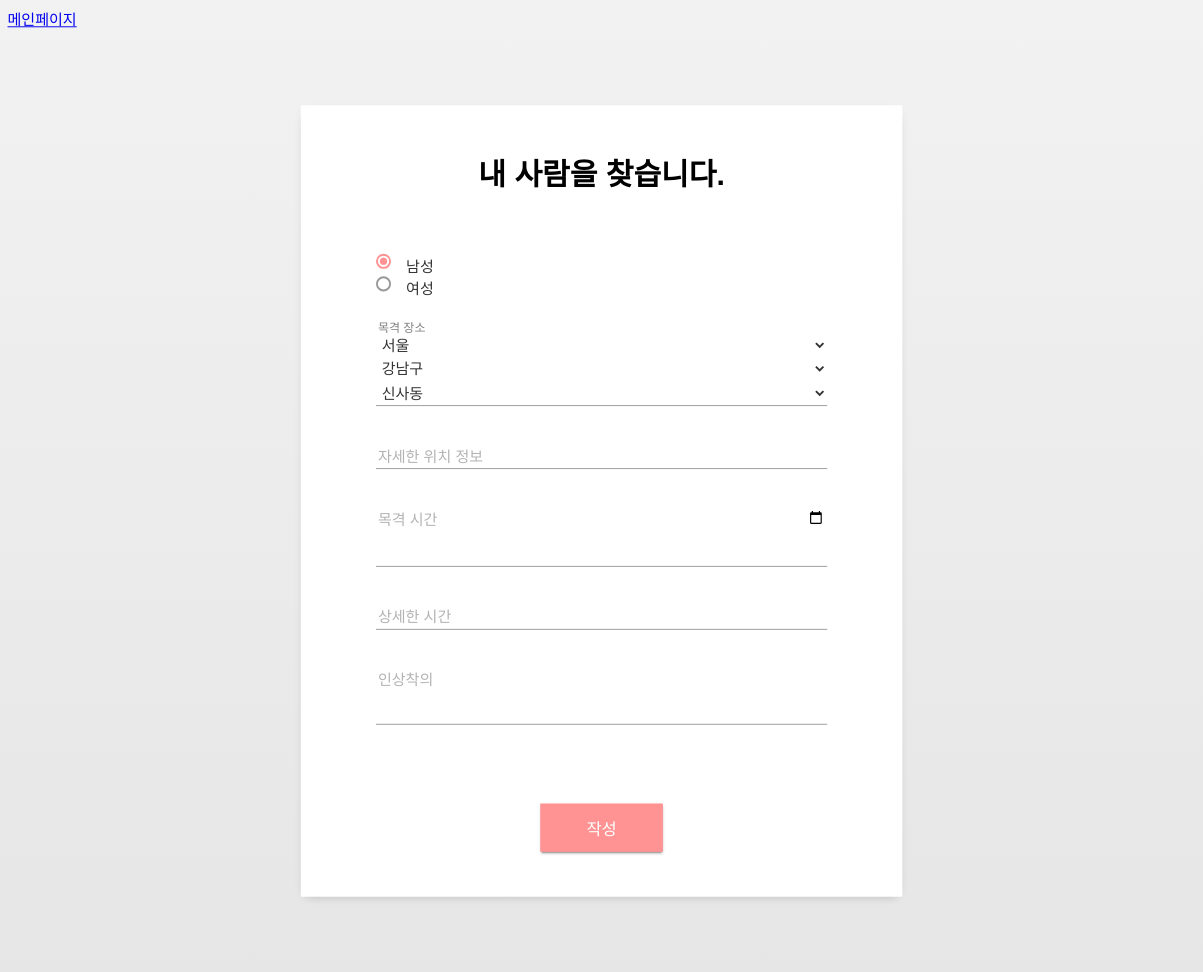
Repository: loone96/sendmylove
Page: http://localhost/sendMyLove1.0/board.html
These files come from the project's save history. The page is drawn as it stood at one moment and after the next save; the edit follows.
The browser window is 1280 px wide. The pictures show the whole page, at 94% of full size.
Some web fonts or font styles are not loaded; a fallback is used. The page is served by Tomcat 9. Other server files are loaded and not shown.

Above is the page before, as saved 2020-06-23 06:48:22.

### sendMyLove1.0/src/main/webapp/board.html
<!DOCTYPE html>
<html lang="en">

<head>
<meta charset="UTF-8">
<meta name="viewport" content="width=device-width, initial-scale=1.0">
<title>Document</title>
<link rel="stylesheet" href="css/board.css">
<link rel="stylesheet"
	href="https://cdnjs.cloudflare.com/ajax/libs/font-awesome/4.7.0/css/font-awesome.css" />
</head>

<body>
	<a href="index.html" class="button1"> 메인페이지</a>
	<div class="container">
		<form action="insertBoard" method="POST">
			<h1>내 사람을 찾습니다.</h1>
			<div class="form-radio">
				<div class="radio">
					<label> <input type="radio" name="gender" value="남성"
						checked="checked" /><i class="helper"></i>남성
					</label> <label> <input type="radio" name="gender" value="여성" /><i
						class="helper"></i>여성
					</label>
				</div>
			</div>


			<div class="form-group">

				<select name="sido" id="sido">
					<option value="">-시도-</option>
				</select> <select name="gugun" id="gugun">
					<option value="">-구군-</option>
				</select> <select name="dong" id="dong">
					<option value="">-동-</option>
				</select> <label for="select" class="control-label">목격 장소</label><i
					class="bar"></i>
			</div>


			<div class="form-group">
				<input type="text" name="loc" required="required" /> <label
					for="input" class="control-label">자세한 위치 정보</label><i class="bar"></i>
			</div>

			<div class="form-group">
				<input name="date" class="form-group" type="date" placeholder="Date"
					required name="date" value="2020-01-01T00:00"> <label
					for="input" class="control-label">목격 시간</label><i class="bar"></i>
			</div>

			<div class="form-group">
				<input name="detailtime" type="text" required="required" /> <label
					for="input" class="control-label">상세한 시간</label><i class="bar"></i>
			</div>


			<div class="form-group">
				<textarea required="required" name="detail"></textarea>
				<label for="textarea" class="control-label">인상착의</label><i
					class="bar"></i>
			</div>
			<div class="button-container">
				<input type="submit" class="button" value="작성">
			</div>
		</form>
	</div>

</body>
<script src="js/sojaeji.js"></script>

<script>
	sojaeji('서울', '강남구', '신사동');
</script>

</html>

### sendMyLove1.0/src/main/webapp/css/board.css
@font-face { font-family: 'Cafe24Oneprettynight'; src: url('https://cdn.jsdelivr.net/gh/projectnoonnu/noonfonts_twelve@1.1/Cafe24Oneprettynight.woff') format('woff'); font-weight: normal; font-style: normal; }
@import url(https://fonts.googleapis.com/css?family=Roboto);
body,
input,
select,
textarea,
body * {
  font-family: 'Cafe24Oneprettynight', sans-serif;
  box-sizing: border-box;
}
body::after, body::before,
input::after,
input::before,
select::after,
select::before,
textarea::after,
textarea::before,
body *::after,
body *::before {
  box-sizing: border-box;
}

body {
  background-image: -webkit-linear-gradient(top, #f2f2f2, #e6e6e6);
  background-image: linear-gradient(top, #f2f2f2, #e6e6e6);
}

h1 {
  font-size: 2rem;
  text-align: center;
  margin: 0 0 2em;
}

.container {
  position: relative;
  max-width: 40rem;
  margin: 5rem auto;
  background: #fff;
  width: 100%;
  padding: 3rem 5rem 0;
  border-radius: 1px;
}
.container::before {
  content: '';
  position: absolute;
  top: 0;
  left: 0;
  right: 0;
  bottom: 0;
  box-shadow: 0 8px 10px 1px rgba(0, 0, 0, 0.14), 0 3px 14px 2px rgba(0, 0, 0, 0.12), 0 5px 5px -3px rgba(0, 0, 0, 0.2);
  -webkit-transform: scale(0.98);
          transform: scale(0.98);
  -webkit-transition: -webkit-transform 0.28s ease-in-out;
  transition: -webkit-transform 0.28s ease-in-out;
  transition: transform 0.28s ease-in-out;
  transition: transform 0.28s ease-in-out, -webkit-transform 0.28s ease-in-out;
  z-index: -1;
}
.container:hover::before {
  -webkit-transform: scale(1);
          transform: scale(1);
}

.button-container {
  text-align: center;
}

fieldset {
  margin: 0 0 3rem;
  padding: 0;
  border: none;
}

.form-radio,
.form-group {
  position: relative;
  margin-top: 2.25rem;
  margin-bottom: 2.25rem;
}

.form-inline > .form-group,
.form-inline > .btn {
  display: inline-block;
  margin-bottom: 0;
}

.form-help {
  margin-top: 0.125rem;
  margin-left: 0.125rem;
  color: #b3b3b3;
  font-size: 0.8rem;
}
.checkbox .form-help, .form-radio .form-help, .form-group .form-help {
  position: absolute;
  width: 100%;
}
.checkbox .form-help {
  position: relative;
  margin-bottom: 1rem;
}
.form-radio .form-help {
  padding-top: 0.25rem;
  margin-top: -1rem;
}

.form-group input {
  height: 1.9rem;
}
.form-group textarea {
  resize: none;
}
.form-group select {
  width: 100%;
  font-size: 1rem;
  height: 1.6rem;
  padding: 0.125rem 0.125rem 0.0625rem;
  background: none;
  border: none;
  line-height: 1.6;
  box-shadow: none;
}
.form-group .control-label {
  position: absolute;
  top: 0.25rem;
  pointer-events: none;
  padding-left: 0.125rem;
  z-index: 1;
  color: #b3b3b3;
  font-size: 1rem;
  font-weight: normal;
  -webkit-transition: all 0.28s ease;
  transition: all 0.28s ease;
}
.form-group .bar {
  position: relative;
  border-bottom: 0.0625rem solid #999;
  display: block;
}
.form-group .bar::before {
  content: '';
  height: 0.125rem;
  width: 0;
  left: 50%;
  bottom: -0.0625rem;
  position: absolute;
  background: #ff9292;
  -webkit-transition: left 0.28s ease, width 0.28s ease;
  transition: left 0.28s ease, width 0.28s ease;
  z-index: 2;
}
.form-group input,
.form-group textarea {
  display: block;
  background: none;
  padding: 0.125rem 0.125rem 0.0625rem;
  font-size: 1rem;
  border-width: 0;
  border-color: transparent;
  line-height: 1.9;
  width: 100%;
  color: transparent;
  -webkit-transition: all 0.28s ease;
  transition: all 0.28s ease;
  box-shadow: none;
}
.form-group input[type="file"] {
  line-height: 1;
}
.form-group input[type="file"] ~ .bar {
  display: none;
}
.form-group select,
.form-group input:focus,
.form-group input:valid,
.form-group input.form-file,
.form-group input.has-value,
.form-group textarea:focus,
.form-group textarea:valid,
.form-group textarea.form-file,
.form-group textarea.has-value {
  color: #333;
}
.form-group select ~ .control-label,
.form-group input:focus ~ .control-label,
.form-group input:valid ~ .control-label,
.form-group input.form-file ~ .control-label,
.form-group input.has-value ~ .control-label,
.form-group textarea:focus ~ .control-label,
.form-group textarea:valid ~ .control-label,
.form-group textarea.form-file ~ .control-label,
.form-group textarea.has-value ~ .control-label {
  font-size: 0.8rem;
  color: gray;
  top: -1rem;
  left: 0;
}
.form-group select:focus,
.form-group input:focus,
.form-group textarea:focus {
  outline: none;
}
.form-group select:focus ~ .control-label,
.form-group input:focus ~ .control-label,
.form-group textarea:focus ~ .control-label {
  color: #ff9292;
}
.form-group select:focus ~ .bar::before,
.form-group input:focus ~ .bar::before,
.form-group textarea:focus ~ .bar::before {
  width: 100%;
  left: 0;
}

.checkbox label,
.form-radio label {
  position: relative;
  cursor: pointer;
  padding-left: 2rem;
  text-align: left;
  color: #333;
  display: block;
}
.checkbox input,
.form-radio input {
  width: auto;
  opacity: 0.00000001;
  position: absolute;
  left: 0;
}

.radio {
  margin-bottom: 1rem;
}
.radio .helper {
  position: absolute;
  top: -0.25rem;
  left: -0.25rem;
  cursor: pointer;
  display: block;
  font-size: 1rem;
  -webkit-user-select: none;
     -moz-user-select: none;
      -ms-user-select: none;
          user-select: none;
  color: #999;
}
.radio .helper::before, .radio .helper::after {
  content: '';
  position: absolute;
  left: 0;
  top: 0;
  margin: 0.25rem;
  width: 1rem;
  height: 1rem;
  -webkit-transition: -webkit-transform 0.28s ease;
  transition: -webkit-transform 0.28s ease;
  transition: transform 0.28s ease;
  transition: transform 0.28s ease, -webkit-transform 0.28s ease;
  border-radius: 50%;
  border: 0.125rem solid currentColor;
}
.radio .helper::after {
  -webkit-transform: scale(0);
          transform: scale(0);
  background-color: #ff9292;
  border-color: #ff9292;
}
.radio label:hover .helper {
  color: #ff9292;
}
.radio input:checked ~ .helper::after {
  -webkit-transform: scale(0.5);
          transform: scale(0.5);
}
.radio input:checked ~ .helper::before {
  color: #ff9292;
}

.checkbox {
  margin-top: 3rem;
  margin-bottom: 1rem;
}
.checkbox .helper {
  color: #999;
  position: absolute;
  top: 0;
  left: 0;
  width: 1rem;
  height: 1rem;
  z-index: 0;
  border: 0.125rem solid currentColor;
  border-radius: 0.0625rem;
  -webkit-transition: border-color 0.28s ease;
  transition: border-color 0.28s ease;
}
.checkbox .helper::before, .checkbox .helper::after {
  position: absolute;
  height: 0;
  width: 0.2rem;
  background-color: #ff9292;
  display: block;
  -webkit-transform-origin: left top;
          transform-origin: left top;
  border-radius: 0.25rem;
  content: '';
  -webkit-transition: opacity 0.28s ease, height 0s linear 0.28s;
  transition: opacity 0.28s ease, height 0s linear 0.28s;
  opacity: 0;
}
.checkbox .helper::before {
  top: 0.65rem;
  left: 0.38rem;
  -webkit-transform: rotate(-135deg);
          transform: rotate(-135deg);
  box-shadow: 0 0 0 0.0625rem #fff;
}
.checkbox .helper::after {
  top: 0.3rem;
  left: 0;
  -webkit-transform: rotate(-45deg);
          transform: rotate(-45deg);
}
.checkbox label:hover .helper {
  color: #ff9292;
}
.checkbox input:checked ~ .helper {
  color: #ff9292;
}
.checkbox input:checked ~ .helper::after, .checkbox input:checked ~ .helper::before {
  opacity: 1;
  -webkit-transition: height 0.28s ease;
  transition: height 0.28s ease;
}
.checkbox input:checked ~ .helper::after {
  height: 0.5rem;
}
.checkbox input:checked ~ .helper::before {
  height: 1.2rem;
  -webkit-transition-delay: 0.28s;
          transition-delay: 0.28s;
}

.radio + .radio,
.checkbox + .checkbox {
  margin-top: 1rem;
}

.has-error .legend.legend, .has-error.form-group .control-label.control-label {
  color: #d9534f;
}
.has-error.form-group .form-help,
.has-error.form-group .helper, .has-error.checkbox .form-help,
.has-error.checkbox .helper, .has-error.radio .form-help,
.has-error.radio .helper, .has-error.form-radio .form-help,
.has-error.form-radio .helper {
  color: #d9534f;
}
.has-error .bar::before {
  background: #d9534f;
  left: 0;
  width: 100%;
}

.button {
  position: relative;
  background: #ff9292;
  border: 1px solid #ff9292;
  font-size: 1.1rem;
  color: white;
  margin: 3rem 0;
  padding: 0.75rem 3rem;
  cursor: pointer;
  -webkit-transition: background-color 0.28s ease, color 0.28s ease, box-shadow 0.28s ease;
  transition: background-color 0.28s ease, color 0.28s ease, box-shadow 0.28s ease;
  overflow: hidden;
  box-shadow: 0 2px 2px 0 rgba(0, 0, 0, 0.14), 0 3px 1px -2px rgba(0, 0, 0, 0.2), 0 1px 5px 0 rgba(0, 0, 0, 0.12);
}
.button span {
  color: #fff;
  position: relative;
  z-index: 1;
}
/* .button::before {
  content: '';
  position: absolute;
  background: #071017;
  border: 50vh solid #ff9292;
  width: 30vh;
  height: 30vh;
  border-radius: 50%;
  display: block;
  top: 50%;
  left: 50%;
  z-index: 0;
  opacity: 1;
  -webkit-transform: translate(-50%, -50%) scale(0);
          transform: translate(-50%, -50%) scale(0);
} */
/* .button:hover {
  color: #ff9292;
  box-shadow: 0 6px 10px 0 rgba(0, 0, 0, 0.14), 0 1px 18px 0 rgba(0, 0, 0, 0.12), 0 3px 5px -1px rgba(0, 0, 0, 0.2);
}
 */

 /* .button:active::before, .button:focus::before {
  -webkit-transition: opacity 0.28s ease 0.364s, -webkit-transform 1.12s ease;
  transition: opacity 0.28s ease 0.364s, -webkit-transform 1.12s ease;
  transition: transform 1.12s ease, opacity 0.28s ease 0.364s;
  transition: transform 1.12s ease, opacity 0.28s ease 0.364s, -webkit-transform 1.12s ease;
  -webkit-transform: translate(-50%, -50%) scale(1);
          transform: translate(-50%, -50%) scale(1);
  opacity: 0;
}
.button:focus {
  outline: none;
} */

Loaded but not shown: sendMyLove1.0/src/main/webapp/js/sojaeji.js (library)

After the next save:
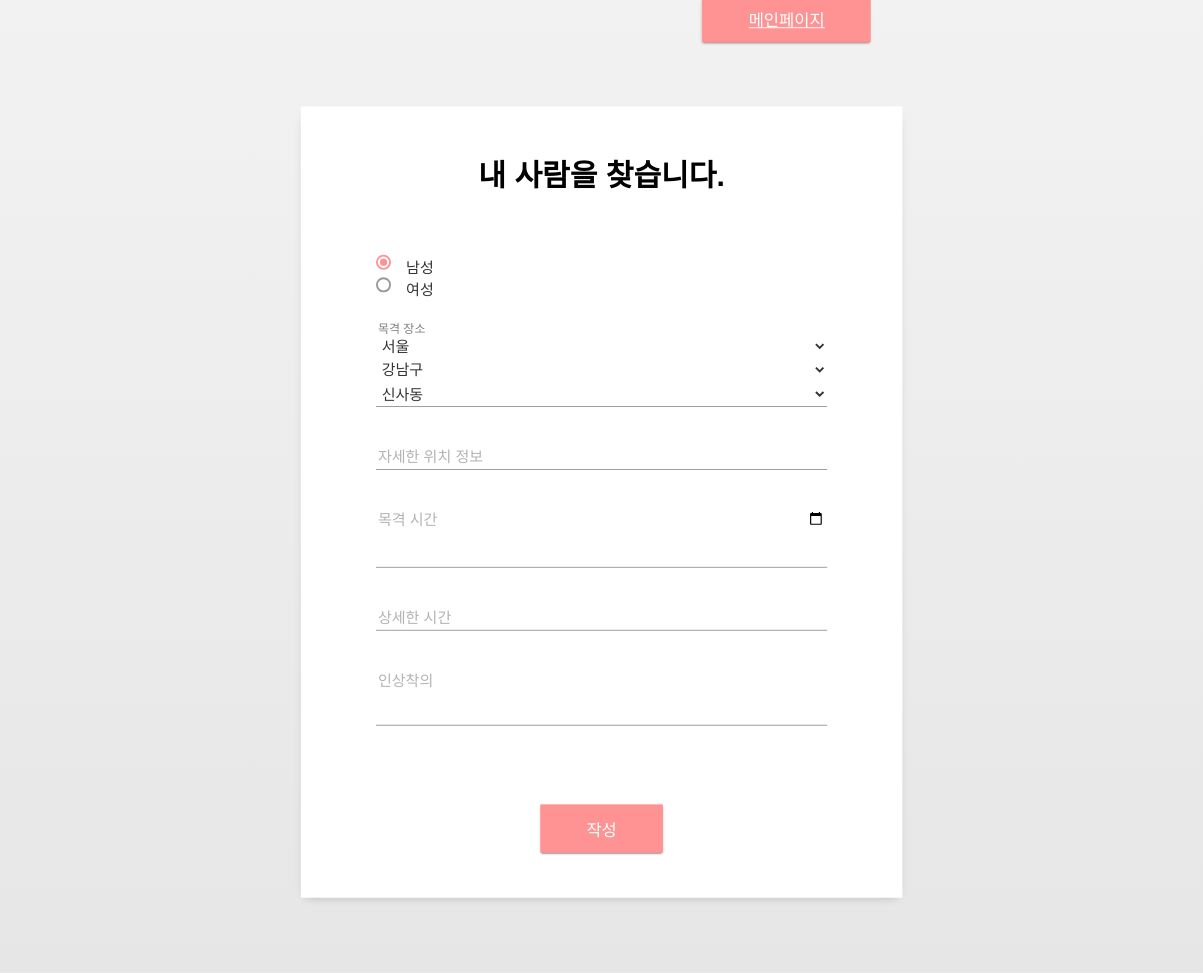
Saved 14 s later.
--- a/sendMyLove1.0/src/main/webapp/css/board.css
+++ b/sendMyLove1.0/src/main/webapp/css/board.css
@@ -380,6 +380,28 @@ fieldset {
   position: relative;
   z-index: 1;
 }
+
+.button1 {
+  left: 58.5%;
+  position: relative;
+  background: #ff9292;
+  border: 1px solid #ff9292;
+  font-size: 1.1rem;
+  color: white;
+  margin: 3rem 0;
+  padding: 0.75rem 3rem;
+  cursor: pointer;
+  -webkit-transition: background-color 0.28s ease, color 0.28s ease, box-shadow 0.28s ease;
+  transition: background-color 0.28s ease, color 0.28s ease, box-shadow 0.28s ease;
+  overflow: hidden;
+  box-shadow: 0 2px 2px 0 rgba(0, 0, 0, 0.14), 0 3px 1px -2px rgba(0, 0, 0, 0.2), 0 1px 5px 0 rgba(0, 0, 0, 0.12);
+}
+.button1 span {
+  color: #fff;
+  position: relative;
+  z-index: 1;
+}
+
 /* .button::before {
   content: '';
   position: absolute;
